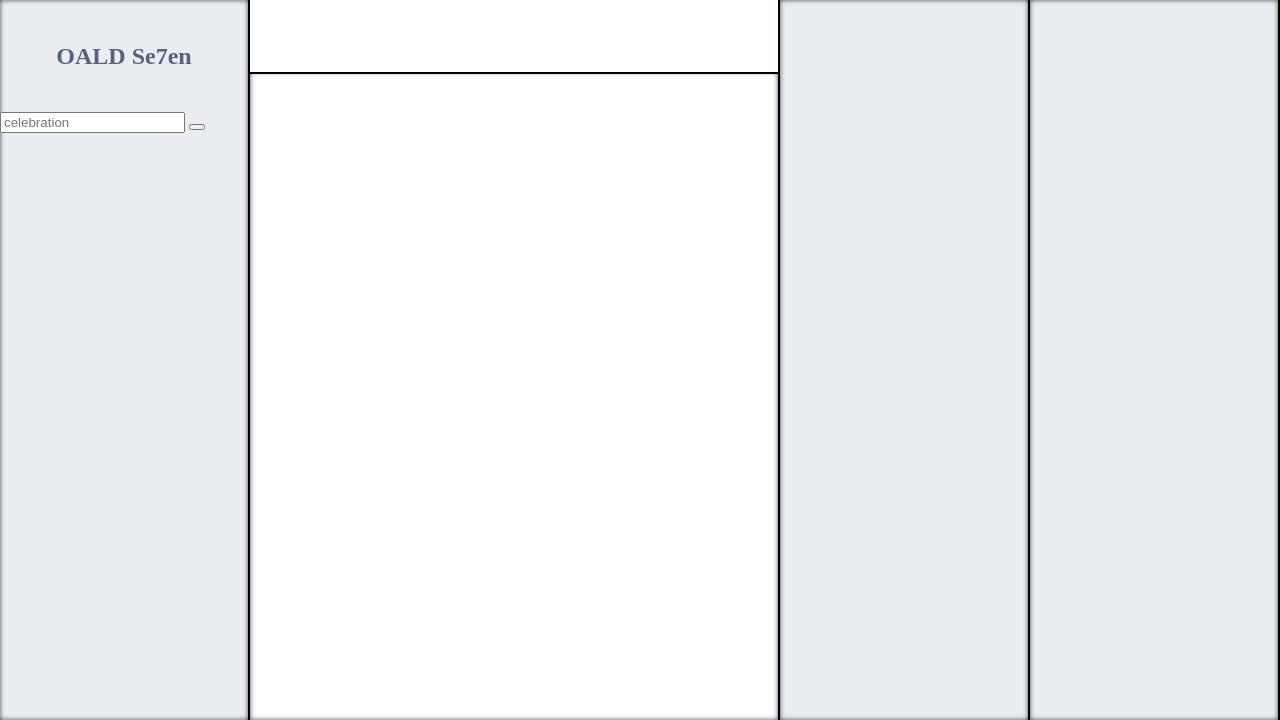
Repository: JJianZ/miao
Page: a.html
An editor plug-in stored every save of this project. The page is shown before and after the next save, followed by the edit.
The browser window is 1280 px wide. The pictures show the whole page.

Above is the page before, as saved 2021-11-23 10:42:02.

After the next save:
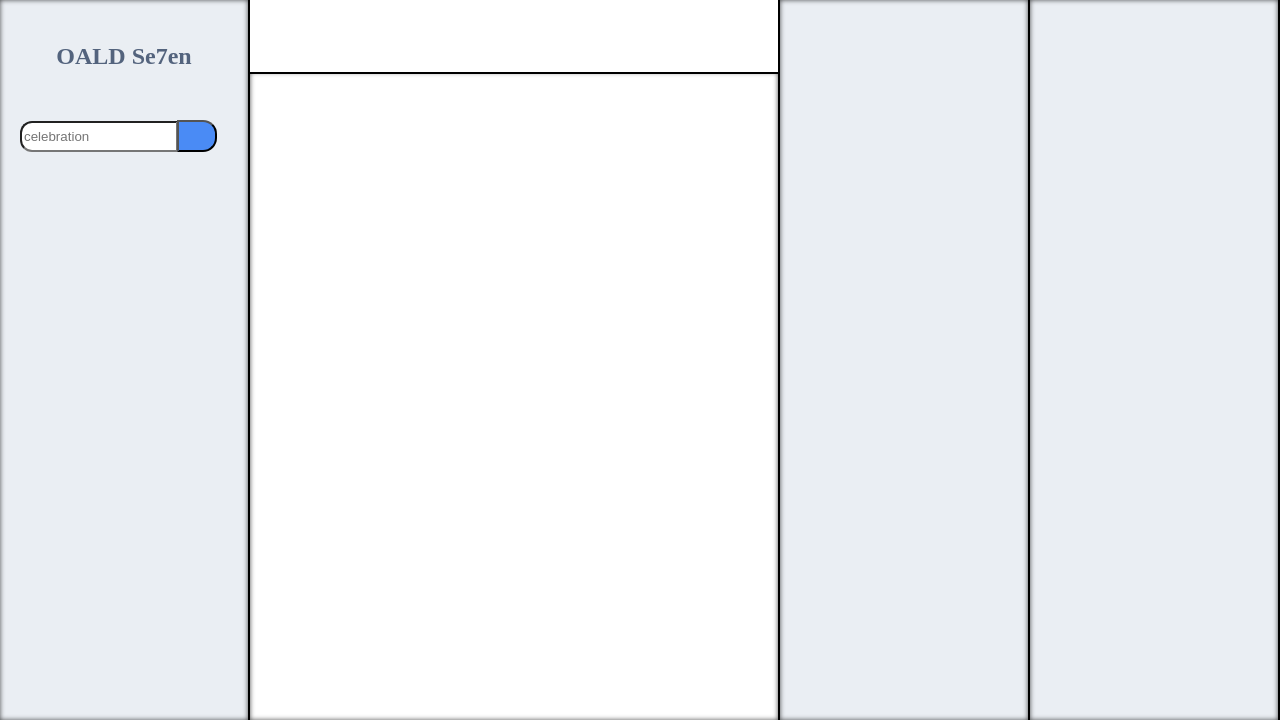
Saved 18 s later.
--- a/a.html
+++ b/a.html
@@ -38,6 +38,22 @@
     }
     .first h2 {
       text-align: center;
+    }
+    .first input {
+      position: relative;
+      height: 25px;
+      width: 150px;
+      left: 20px;
+      border-radius: 12px 0  0  12px;
+    }
+    .first button {
+      position: relative;
+      background-color: #4a8bf5;
+      height: 32px;
+      width: 40px;
+      top: 8px;
+      left: 15px;
+      border-radius: 0 14px 14px 0;
     }
     header {
       position: absolute;
